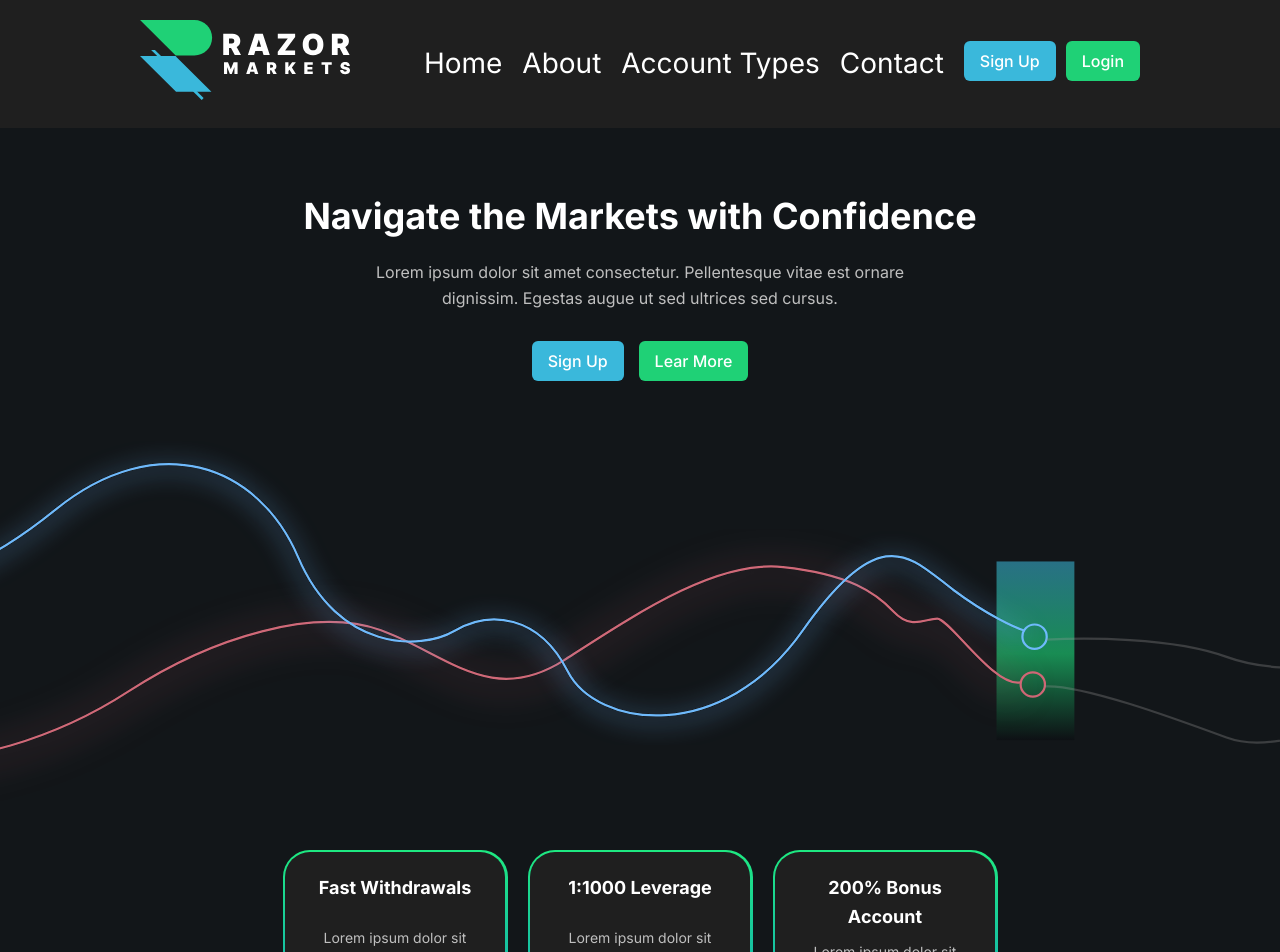
Repository: JasonMorta/razormarkets
Page: index.html
The author's editor kept a copy of each file at every save. The page is drawn from the files as they stood at one save, then again after the next save.
The browser window is 1280 px wide. The pictures show the part of the page from y = 0 to 952 px (the page is 1650 px tall before and 1675 px after).
A picture or video elsewhere on the page could not be fetched, so the positions and the page height are approximate.

Above is the page before, as saved 2024-11-07 13:27:11.

### index.html
<!DOCTYPE html>
<html lang="en">

<head>
  <meta charset="UTF-8">
  <meta name="viewport" content="width=device-width, initial-scale=1.0">
  <title>Razor Markets</title>
  <link rel="stylesheet" href="https://cdn.jsdelivr.net/npm/bulma@1.0.2/css/bulma.min.css">
  <link rel="stylesheet" href="styles/index.css">

</head>

<body>
  <header>
    <div class="header-content">
      <div class="logo">
        <img src="./assests/svg/logo.svg" alt="Razor Markets Logo"> <!-- Use your actual logo image here -->
      </div>
      <nav>
        <ul>
          <li><a href="#home">Home</a></li>
          <li><a href="#about">About</a></li>
          <li><a href="#account-types">Account Types</a></li>
          <li><a href="#contact">Contact</a></li>
        </ul>
        <div class="auth-buttons">


          <a href="#signup"> <button class="button is-info signup" class="button">Sign Up</button></a>
          <a href="#login"><button class="button is-success login">Login</button></a>
        </div>
      </nav>
    </div>
  </header>

  <main>
    <section class="hero">
      <h1>Navigate the Markets with Confidence</h1>
      <p>Lorem ipsum dolor sit amet consectetur. Pellentesque vitae est ornare dignissim. Egestas augue ut sed ultrices
        sed cursus.</p>
      <div class="cta-buttons">
        <a href="#signup"> <button class="button is-info signup" class="button">Sign Up</button></a>
          <a href="#login"><button class="button is-success login">Lear More</button></a>
      </div>
    </section>
    <div class="wave-svg">
     <img src="./assests/svg/line_wave.svg" alt="Wave SVG">
    </div>

    <section>
     <div class="features">
      <div class="card-bg">
          <div class="feature-card">
            <h3>Fast Withdrawals</h3>
            <p>Lorem ipsum dolor sit amet consectetur. Pellentesque vitae est ornare dignissim. Egestas augue ut sed
              ultrices sed cursus.</p>
              <a href="#signup"> <button class="button is-info signup" class="button">Sign Up</button></a>
          </div>
          </div>

       <div class="card-bg">
          <div class="feature-card">
            <h3>1:1000 Leverage</h3>
            <p>Lorem ipsum dolor sit amet consectetur. Pellentesque vitae est ornare dignissim. Egestas augue ut sed
              ultrices sed cursus.</p>
              <a href="#signup"> <button class="button is-success signup" class="button">Sign Up</button></a>
          </div>
       </div>
        <div class="card-bg">
          <div class="feature-card">
            <h3>200% Bonus Account</h3>
            <p>Lorem ipsum dolor sit amet consectetur. Pellentesque vitae est ornare dignissim. Egestas augue ut sed
              ultrices sed cursus.</p>
              <a href="#signup"> <button class="button is-success signup" class="button">Sign Up</button></a>
          </div>
        </div>
     </div>
    </section>

    <section>
      <div class="hero-image-container">
        <div class="text-content">
          <h1 class="title is-1">Sharpen Your Trading Edge!</h1>
          <p>
            Lorem ipsum dolor sit amet consectetur. Pellentesque vitae est ornare dignissim. Egestas augue ut sed ultrices sed cursus.
          </p>
          <a href="#login"><button class="button is-success login">Lear More</button></a>
        </div>
        <div class="hover-image">
          <img src="./assests/svg/pie-image.svg" alt="">
        </div>

      </div>
    </section>

  </main>
</body>

</html>

### styles/index.css
@import "https://cdn.jsdelivr.net/npm/bulma@1.0.2/css/bulma.min.css";

@import url('https://fonts.googleapis.com/css2?family=Inter:ital,opsz,wght@0,14..32,100..900;1,14..32,100..900&display=swap');

/* Reset some basic styles */
* {
  margin: 0;
  padding: 0;
  box-sizing: border-box;
}
html {
  background-color: #121619;
}

body {

  background-color: #121619; /* Dark background */
  color: #FFFFFF; /* Light text */
  line-height: 1.6;
  margin-bottom: 100px;
}

.header-content {
  max-width: 1000px;
  display: flex;
  justify-content: space-between;
  margin: auto;
  width: 100%;
}

header {
  display: flex;
  justify-content: space-between;
  align-items: center;
  padding: 20px 40px;
  background-color: #1f1f1f; /* Header background */
}

.logo img {
  height: 80px;
}

nav {
  display: flex;
  justify-content: flex-end;
  align-items: center;
  gap: 20px;
}

nav ul {
  display: flex;
  gap: 20px;
  list-style: none;
}



nav a {
  color: #FFFFFF;
  text-decoration: none;
  font-family: "Inter", sans-serif;
  font-weight: 400;
  font-size: 28px;
}

nav li a:hover {
  color: #00d1ff; /* Light blue on hover */
}

section {
  max-width: 1440px;
  margin: auto;
  display: flex;
  flex-direction: column;
  align-items: center;

}

.auth-buttons {
  display: flex;
  gap: 10px;
}

.auth-buttons .btn {
  padding: 10px 20px;
  border-radius: 5px;
  text-decoration: none;
  font-weight: 600;
  font-size: 14px;
  width: 100px;
  height: 40px;
  text-align: center  ;
}

.signup {
  background: #3AB8DB;

  color: #FFFFFF;
}

.login {
  color: #FFFFFF;
  background: #1FD176;
}

.wave-svg img {
  width: 100%;
}

/* Hero Section */
.hero {
  text-align: center;
  padding: 60px 20px;
}

.hero h1 {
  font-size: 36px;
  font-weight: bold;
  margin-bottom: 15px;
}

.hero {
  /* border: 2px solid; */
  /* border-image-source: linear-gradient(180deg, #1EE981 0%, #0E92CA 71.61%); */
  border-image-slice: 1;
}

/*
border: 2px solid;

border-image-source: linear-gradient(180deg, #1EE981 0%, #0E92CA 71.61%);


*/

.hero p {
  font-size: 16px;
  max-width: 600px;
  margin: 0 auto 30px;
  color: #BFBFBF; /* Light gray for text */
}

.cta-buttons {
  display: flex;
  justify-content: center;
  gap: 15px;
}

.cta-buttons .btn {
  padding: 12px 25px;
  border-radius: 8px;
  text-decoration: none;
  font-weight: 600;
  font-size: 16px;
}

.primary {
  background-color: #00d1ff;
  color: #FFFFFF;
}

.secondary {
  background-color: #00FF8C;
  color: #FFFFFF;
}


/* Features Section */
.features {
  display: flex;
  justify-content: center;
  gap: 20px;
  padding: 40px 20px;
  background-color: #121619; /* Matches the dark background */
}

.card-bg {
  width: 225px;
  display: flex;
  border-radius: 27px;
  background: linear-gradient(180deg, #1EE981 0%, #0E92CA 71.61%);
  flex-direction: column;
  align-items: center;
  padding: 2px;
  justify-content: center;

}


.feature-card {
  background: #1f1f1f; /* Dark card background */
  border: 2px solid transparent;
  border-radius: 25px;
  padding: 20px;
  text-align: center;
  width: 220px;
  height: 100%;
  transition: border 0.3s ease;
  display: flex;
  flex-direction: column;
  justify-content: space-between;
}



.feature-card:hover {
  border-color: #00d1ff; /* Highlight color on hover */
}

.feature-card h3 {
  font-size: 18px;
  font-weight: bold;
  color: #FFFFFF;
  margin-bottom: 10px;
}

.feature-card p {
  font-size: 14px;
  color: #BFBFBF; /* Light gray text */
  margin-bottom: 20px;
}

.feature-card .btn {
  display: inline-block;
  padding: 10px 20px;
  border-radius: 6px;
  text-decoration: none;
  font-weight: 600;
  font-size: 14px;
  background-color: #00d1ff; /* Light blue */
  color: #FFFFFF;
  transition: background-color 0.3s ease;
}

.feature-card .btn:hover {
  background-color: #00FF8C; /* Green on hover */
}


.hero-image-container {
  position: relative;
  display: flex;
  justify-content: flex-start;
  align-items: center;
  padding: 40px 20px;
  width: 100%;
  background: linear-gradient(117.19deg, #3AB8DB 30.38%, #1EE981 51.95%);
  width: 755px;
  border-radius: 30px;
  height: 350px;
}

.hero-image-container img {
  width: 60%;
  position: absolute;
  right: -69px;
  top: 50%;
  transform: translateY(-50%);

}

.text-content {
  width: 50%;
}

.text-content h1 {
  color: #FFFFFF;
}
.text-content p {
  margin-bottom:20px ;
}

### assests/svg/logo.svg
<svg width="236" height="90" viewBox="0 0 236 90" fill="none" xmlns="http://www.w3.org/2000/svg">
<path d="M93.5605 39.4151V15.5405H103.867C105.642 15.5405 107.189 15.8643 108.52 16.5058C109.851 17.1534 110.882 18.0767 111.619 19.2938C112.357 20.5049 112.729 21.9618 112.729 23.6526C112.729 25.3434 112.351 26.8063 111.589 27.9755C110.828 29.1446 109.773 30.032 108.406 30.6315C107.039 31.2311 105.45 31.5309 103.633 31.5309H97.4757V26.4945H102.326C103.088 26.4945 103.741 26.3986 104.281 26.2068C104.82 26.0149 105.234 25.7091 105.528 25.2894C105.822 24.8697 105.966 24.3241 105.966 23.6466C105.966 22.9691 105.822 22.4055 105.528 21.9738C105.234 21.5422 104.82 21.2244 104.281 21.0205C103.741 20.8167 103.088 20.7148 102.326 20.7148H100.042V39.4151H93.5605ZM107.548 28.4551L113.52 39.4151H106.481L100.653 28.4551H107.554H107.548Z" fill="white"/>
<path d="M128.239 39.4151H121.242L129.12 15.5405H137.982L145.86 39.4151H138.863L133.641 22.1177H133.455L128.233 39.4151H128.239ZM126.932 29.996H140.08V34.8465H126.932V29.996Z" fill="white"/>
<path d="M154.805 39.4151V35.8237L166.088 20.7627H154.853V15.5405H174.344V19.1319L163.061 34.1929H174.296V39.4151H154.805Z" fill="white"/>
<path d="M206.092 27.4779C206.092 30.1339 205.577 32.3763 204.539 34.199C203.508 36.0216 202.111 37.4006 200.354 38.3359C198.598 39.2713 196.637 39.7389 194.479 39.7389C192.32 39.7389 190.336 39.2653 188.585 38.324C186.834 37.3826 185.443 35.9977 184.412 34.175C183.381 32.3523 182.865 30.1219 182.865 27.4779C182.865 24.8338 183.381 22.5794 184.412 20.7568C185.443 18.9341 186.834 17.5551 188.585 16.6198C190.336 15.6845 192.302 15.2168 194.479 15.2168C196.655 15.2168 198.598 15.6845 200.354 16.6198C202.111 17.5551 203.508 18.9341 204.539 20.7568C205.571 22.5794 206.092 24.8218 206.092 27.4779ZM199.425 27.4779C199.425 26.0509 199.239 24.8398 198.862 23.8565C198.484 22.8732 197.932 22.1298 197.195 21.6201C196.463 21.1105 195.558 20.8587 194.485 20.8587C193.412 20.8587 192.506 21.1105 191.775 21.6201C191.043 22.1298 190.486 22.8732 190.108 23.8565C189.73 24.8398 189.544 26.0449 189.544 27.4779C189.544 28.9108 189.73 30.1159 190.108 31.0992C190.486 32.0825 191.043 32.826 191.775 33.3356C192.506 33.8452 193.412 34.097 194.485 34.097C195.558 34.097 196.457 33.8452 197.195 33.3356C197.932 32.826 198.484 32.0825 198.862 31.0992C199.239 30.1159 199.425 28.9108 199.425 27.4779Z" fill="white"/>
<path d="M215.639 39.4151V15.5405H225.945C227.72 15.5405 229.267 15.8643 230.598 16.5058C231.929 17.1534 232.96 18.0767 233.698 19.2938C234.435 20.5049 234.807 21.9618 234.807 23.6526C234.807 25.3434 234.429 26.8063 233.668 27.9755C232.906 29.1446 231.851 30.032 230.484 30.6315C229.123 31.2311 227.528 31.5309 225.711 31.5309H219.554V26.4945H224.404C225.166 26.4945 225.819 26.3986 226.359 26.2068C226.898 26.0149 227.312 25.7091 227.606 25.2894C227.9 24.8697 228.044 24.3241 228.044 23.6466C228.044 22.9691 227.9 22.4055 227.606 21.9738C227.312 21.5422 226.898 21.2244 226.359 21.0205C225.819 20.8167 225.166 20.7148 224.404 20.7148H222.12V39.4151H215.639ZM229.626 28.4551L235.598 39.4151H228.559L222.731 28.4551H229.632H229.626Z" fill="white"/>
<path d="M94.4121 47.5693H98.8789L101.955 55.0579H102.11L105.186 47.5693H109.653V60.7957H106.14V53.1513H106.038L103.094 60.6938H100.977L98.0335 53.0973H97.9315V60.7957H94.4181V47.5693H94.4121Z" fill="white"/>
<path d="M123.209 60.7957H119.336L123.701 47.5693H128.611L132.976 60.7957H129.103L126.207 51.2147H126.105L123.209 60.7957ZM122.49 55.5795H129.774V58.2655H122.49V55.5795Z" fill="white"/>
<path d="M142.658 60.7957V47.5693H148.366C149.349 47.5693 150.207 47.7492 150.944 48.103C151.682 48.4627 152.251 48.9723 152.665 49.6438C153.073 50.3153 153.276 51.1188 153.276 52.0601C153.276 53.0014 153.067 53.8048 152.647 54.4583C152.227 55.1058 151.64 55.5975 150.884 55.9332C150.129 56.263 149.247 56.4309 148.24 56.4309H144.829V53.6429H147.515C147.934 53.6429 148.294 53.589 148.594 53.487C148.894 53.3791 149.121 53.2112 149.283 52.9774C149.445 52.7436 149.523 52.4438 149.523 52.0661C149.523 51.6883 149.445 51.3766 149.283 51.1427C149.121 50.9029 148.894 50.729 148.594 50.6151C148.294 50.5012 147.934 50.4412 147.515 50.4412H146.25V60.8017H142.658V60.7957ZM150.405 54.7281L153.708 60.7957H149.805L146.579 54.7281H150.405Z" fill="white"/>
<path d="M163.217 60.7957V47.5693H166.808V52.9174H166.988L170.963 47.5693H175.148L170.681 53.457L175.25 60.7897H170.963L167.995 55.8313L166.808 57.3782V60.7897H163.217V60.7957Z" fill="white"/>
<path d="M184.627 60.7957V47.5693H194.16V50.4652H188.218V52.7376H193.668V55.6335H188.218V57.9058H194.136V60.8017H184.633L184.627 60.7957Z" fill="white"/>
<path d="M204 50.4652V47.5693H215.494V50.4652H211.519V60.7957H207.981V50.4652H204.006H204Z" fill="white"/>
<path d="M232.383 51.7064C232.347 51.2747 232.191 50.9389 231.903 50.6991C231.615 50.4593 231.183 50.3394 230.602 50.3394C230.23 50.3394 229.93 50.3813 229.696 50.4713C229.463 50.5612 229.289 50.6811 229.175 50.831C229.061 50.9809 229.007 51.1548 229.001 51.3466C228.995 51.5085 229.019 51.6464 229.091 51.7783C229.163 51.9102 229.265 52.0182 229.409 52.1201C229.553 52.222 229.744 52.3119 229.972 52.3959C230.2 52.4798 230.47 52.5518 230.788 52.6177L231.873 52.8515C232.604 53.0074 233.234 53.2113 233.75 53.4631C234.271 53.7149 234.697 54.0147 235.027 54.3565C235.356 54.6982 235.602 55.0819 235.758 55.5076C235.914 55.9333 235.998 56.401 235.998 56.9046C235.998 57.774 235.776 58.5114 235.344 59.111C234.913 59.7105 234.301 60.1722 233.504 60.484C232.706 60.7958 231.747 60.9576 230.626 60.9576C229.505 60.9576 228.473 60.7898 227.622 60.448C226.765 60.1063 226.105 59.5846 225.631 58.8772C225.158 58.1697 224.924 57.2643 224.918 56.1551H228.329C228.353 56.5628 228.455 56.8986 228.635 57.1744C228.815 57.4502 229.073 57.66 229.403 57.7979C229.732 57.9418 230.122 58.0138 230.578 58.0138C230.962 58.0138 231.279 57.9658 231.543 57.8699C231.801 57.774 231.999 57.6421 232.131 57.4742C232.263 57.3063 232.335 57.1144 232.335 56.8986C232.335 56.6947 232.263 56.5209 232.137 56.365C232.011 56.2091 231.801 56.0772 231.513 55.9513C231.225 55.8314 230.836 55.7115 230.344 55.6035L229.025 55.3217C227.856 55.0699 226.932 54.6442 226.261 54.0447C225.589 53.4451 225.254 52.6357 225.26 51.5985C225.26 50.7591 225.482 50.0216 225.931 49.3921C226.381 48.7625 227.016 48.2709 227.826 47.9171C228.635 47.5634 229.559 47.3895 230.608 47.3895C231.657 47.3895 232.598 47.5694 233.378 47.9231C234.157 48.2829 234.757 48.7805 235.182 49.428C235.608 50.0756 235.818 50.831 235.824 51.7004H232.389L232.383 51.7064Z" fill="white"/>
<path d="M69.772 87.866L69.3523 88.2917L36.1425 55.4176L35.8727 55.1478L35.5369 54.8181L35.2731 54.5543L16.0392 35.5181L15.4336 34.9186H16.285L16.8905 35.5181L35.2731 53.7149L35.8727 54.3084L36.3883 54.8181L36.9939 55.4176L69.772 87.866Z" fill="#3AB9DC"/>
<path d="M69.3641 89.9885L12.5195 33.7195H16.7764L71.4686 87.854L69.3641 89.9885Z" fill="#3AB9DC"/>
<path d="M80.2575 80.6893H40.5185L0 40.5845V40.4706H19.9355H39.8709L40.5724 41.1721L41.172 41.7656L80.2575 80.6893Z" fill="#3AB8DB"/>
<path d="M81.0431 19.9355C81.0431 30.9315 72.0976 39.8709 61.1077 39.8709H40.117L0.078125 0H61.1077C72.0976 0 81.0431 8.94548 81.0431 19.9355Z" fill="#1FD176"/>
</svg>

### assests/svg/line_wave.svg
<svg width="1440" height="406" viewBox="0 0 1440 406" fill="none" xmlns="http://www.w3.org/2000/svg">
<rect opacity="0.56" x="1121.12" y="135.471" width="87.5769" height="201.029" fill="url(#paint0_linear_168_234)"/>
<circle cx="1163.91" cy="220.063" r="13.6779" stroke="#6FBAFC" stroke-width="2.5"/>
<circle cx="1161.92" cy="273.803" r="13.6779" stroke="#D06776" stroke-width="2.5"/>
<path d="M1177.01 223.5C1218.14 221.178 1319.36 220.532 1379.87 242.824C1440.37 265.117 1523.17 252.113 1557.01 242.824" stroke="#9C9C9C" stroke-opacity="0.3" stroke-width="2.5"/>
<path d="M1175.51 276C1216.64 273.678 1319.36 311.222 1379.87 333.514C1440.37 355.807 1523.17 305.853 1557.01 296.565" stroke="#9C9C9C" stroke-opacity="0.3" stroke-width="2.5"/>
<g filter="url(#filter0_d_168_234)">
<path d="M-50.9902 356C-47.0494 356 47.5295 344.723 144.079 281.894C240.628 219.064 354.911 186.844 427.816 212.62C500.72 238.396 551.951 299.615 634.707 246.451C717.464 193.288 806.131 133.681 881.006 141.736C955.881 149.791 985.437 170.734 1005.14 191.677C1024.85 212.62 1040.61 199.732 1054.4 199.732C1068.19 199.732 1117.95 276.333 1147.51 271.5" stroke="#D06978" stroke-width="2.5"/>
</g>
<g filter="url(#filter1_d_168_234)">
<path d="M-97 151.313C-81.2901 156.829 -27.33 149.658 62.8311 76.8383C175.533 -14.1858 290.283 25.1201 335.364 130.625C380.444 236.131 472.655 236.131 511.588 213.375C550.521 190.619 605.847 194.756 638.633 258.887C671.419 323.017 812.808 341.636 902.969 213.375C993.13 85.1134 1025.92 132.694 1073.05 167.863C1110.75 195.997 1142.03 209.927 1152.96 213.375" stroke="#6FBAFC" stroke-width="2.5"/>
</g>
<defs>
<filter id="filter0_d_168_234" x="-94.9902" y="99.75" width="1286.7" height="305.5" filterUnits="userSpaceOnUse" color-interpolation-filters="sRGB">
<feFlood flood-opacity="0" result="BackgroundImageFix"/>
<feColorMatrix in="SourceAlpha" type="matrix" values="0 0 0 0 0 0 0 0 0 0 0 0 0 0 0 0 0 0 127 0" result="hardAlpha"/>
<feOffset dy="4"/>
<feGaussianBlur stdDeviation="22"/>
<feComposite in2="hardAlpha" operator="out"/>
<feColorMatrix type="matrix" values="0 0 0 0 0.815686 0 0 0 0 0.403922 0 0 0 0 0.462745 0 0 0 1 0"/>
<feBlend mode="normal" in2="BackgroundImageFix" result="effect1_dropShadow_168_234"/>
<feBlend mode="normal" in="SourceGraphic" in2="effect1_dropShadow_168_234" result="shape"/>
</filter>
<filter id="filter1_d_168_234" x="-125.414" y="0.74939" width="1306.75" height="341.135" filterUnits="userSpaceOnUse" color-interpolation-filters="sRGB">
<feFlood flood-opacity="0" result="BackgroundImageFix"/>
<feColorMatrix in="SourceAlpha" type="matrix" values="0 0 0 0 0 0 0 0 0 0 0 0 0 0 0 0 0 0 127 0" result="hardAlpha"/>
<feOffset dy="4"/>
<feGaussianBlur stdDeviation="14"/>
<feComposite in2="hardAlpha" operator="out"/>
<feColorMatrix type="matrix" values="0 0 0 0 0.435294 0 0 0 0 0.729412 0 0 0 0 0.988235 0 0 0 1 0"/>
<feBlend mode="normal" in2="BackgroundImageFix" result="effect1_dropShadow_168_234"/>
<feBlend mode="normal" in="SourceGraphic" in2="effect1_dropShadow_168_234" result="shape"/>
</filter>
<linearGradient id="paint0_linear_168_234" x1="1164.9" y1="135.471" x2="1164.9" y2="336.5" gradientUnits="userSpaceOnUse">
<stop stop-color="#3AB8DB"/>
<stop offset="0.516" stop-color="#1EE981"/>
<stop offset="1" stop-color="#0A0C10"/>
</linearGradient>
</defs>
</svg>

After the next save:
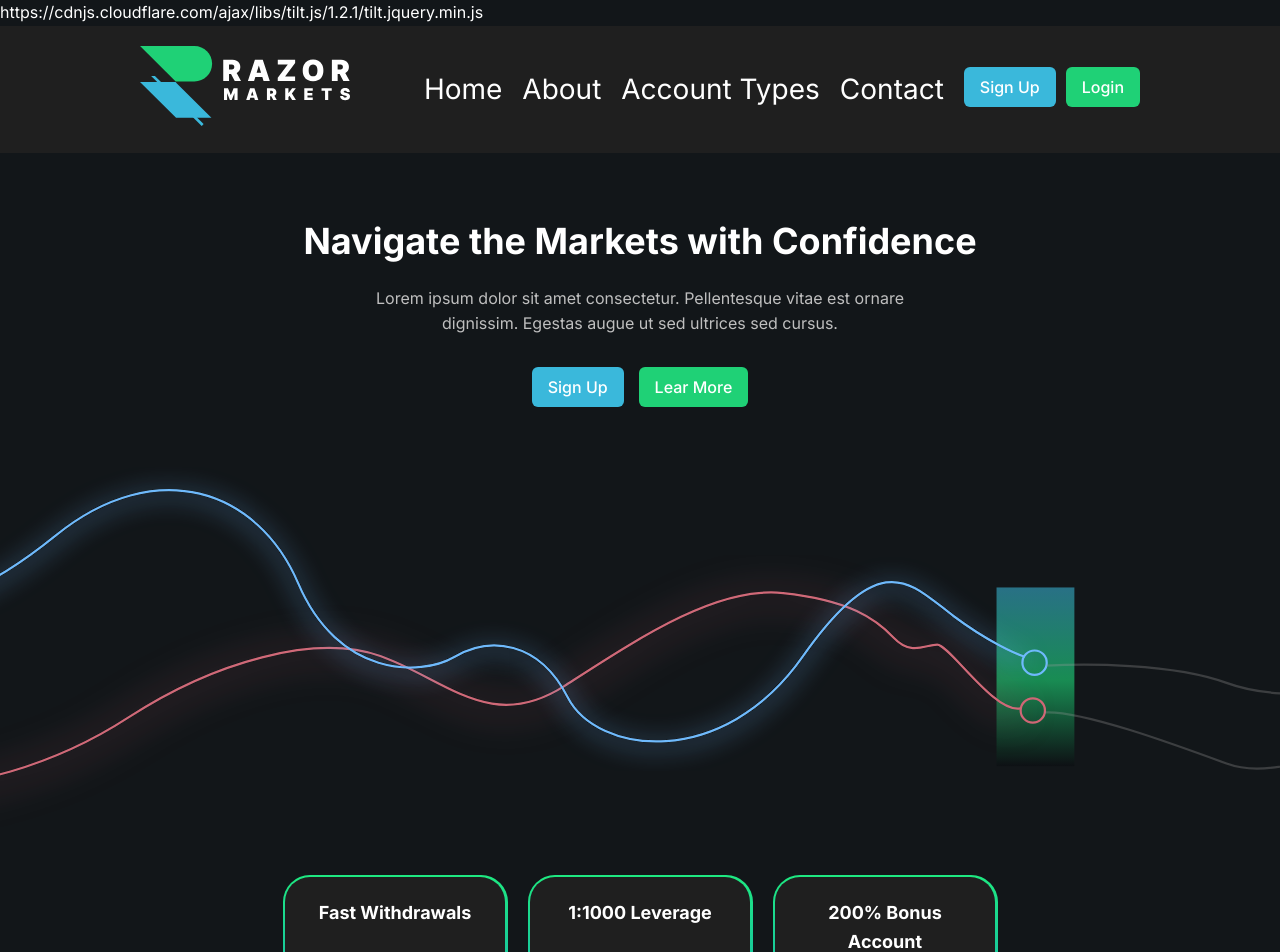
Saved 108 s later.
--- a/index.html
+++ b/index.html
@@ -7,7 +7,7 @@
   <title>Razor Markets</title>
   <link rel="stylesheet" href="https://cdn.jsdelivr.net/npm/bulma@1.0.2/css/bulma.min.css">
   <link rel="stylesheet" href="styles/index.css">
-
+  https://cdnjs.cloudflare.com/ajax/libs/tilt.js/1.2.1/tilt.jquery.min.js
 </head>
 
 <body>
